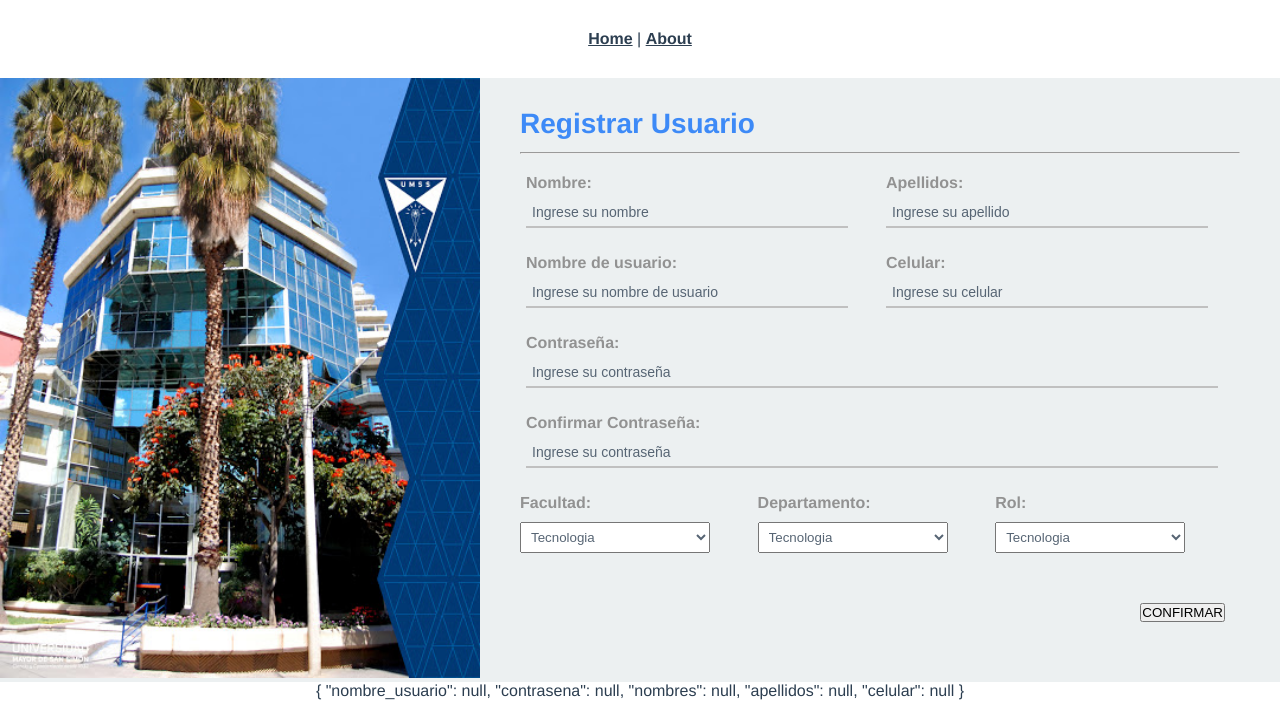
Repository: BritanyTorrico/front-cotizaciones
Page: /register
These files come from the project's save history. The page is drawn as it stood at one moment and after the next save; the edit follows.
The browser window is 1280 px wide. The pictures show the whole page.
The project was rebuilt for these pictures with package versions that can differ from the ones it lists, and the page was loaded fresh each time. Also part of the build but not shown: vue.config.js, src/components/HelloWorld.vue, src/views/Home.vue.

Above is the page before, as saved 2021-04-22 00:32:33.

### src/main.js
import Vue from "vue";
import App from "./App.vue";
import router from "./router";
import store from "./store";
import instance from "@/services/axios";
import Vuelidate from "vuelidate";
Vue.config.productionTip = false;
Vue.prototype.$http = instance;
Vue.use(Vuelidate);
new Vue({
    router,
    store,
    render: (h) => h(App),
}).$mount("#app");

### src/App.vue
<template>
  <div id="app">
    <div id="nav">
      <router-link to="/">Home</router-link> |
      <router-link to="/about">About</router-link>
    </div>
    <router-view />
  </div>
</template>

<style>
* {
  padding: 0;
  margin: 0;
}
:root {
  --color-title: #3d8af7;
  --color-name: #929292;
  --color-line: #c0c0c0;
}
#app {
  font-family: Avenir, Helvetica, Arial, sans-serif;
  -webkit-font-smoothing: antialiased;
  -moz-osx-font-smoothing: grayscale;
  text-align: center;
  color: #2c3e50;
}

#nav {
  padding: 30px;
}

#nav a {
  font-weight: bold;
  color: #2c3e50;
}

#nav a.router-link-exact-active {
  color: #42b983;
}
</style>

### src/router/index.js
import Vue from "vue";
import VueRouter from "vue-router";
import Home from "../views/Home.vue";

Vue.use(VueRouter);

const routes = [{
        path: "/",
        name: "Home",
        component: Home,
    },
    {
        path: "/about",
        name: "About",
        // route level code-splitting
        // this generates a separate chunk (about.[hash].js) for this route
        // which is lazy-loaded when the route is visited.
        component: () =>
            import ( /* webpackChunkName: "about" */ "../views/About.vue"),
    },
    {
        path: "/register",
        name: "RegisterUserPage",
        component: () =>
            import ("../views/RegisterUserPage.vue"),
    },
];

const router = new VueRouter({
    mode: "history",
    base: process.env.BASE_URL,
    routes,
});

export default router;

### src/services/axios.js
import axios from "axios";

const instance = axios.create({
    baseURL: "http://localhost:4000/",
    headers: { "Content-Type": "application/json" },
});

export default instance;

### src/views/RegisterUserPage.vue
<template>
  <div>
    <register-user />
  </div>
</template>

<script>
import RegisterUser from "@/components/User/RegisterUser.vue";
export default {
  components: { RegisterUser },
  name: "RegisterUserPage",
};
</script>

<style lang="scss" scoped></style>

### src/components/User/RegisterUser.vue
<template>
  <div class="container">
    <form @submit.prevent="submitForm">
      <div class="flex-container">
        <div class="form__image">
          <img src="@/assets/edificioUMSS.jpg" alt="" />
        </div>

        <div class="form__datos">
          <div class="form_title">
            <h1>Registrar Usuario</h1>
            <hr class="form__linea" />
          </div>
          <div class="form__section">
            <div class="form__name">
              <label
                ><div class="formulario_label">Nombre:</div>
                <input
                  class="form__input"
                  type="text"
                  placeholder="Ingrese su nombre"
                  required
                  v-model="users.nombres"
                />
              </label>
            </div>
            <div class="form__name">
              <label
                ><div class="formulario_label">Apellidos:</div>
                <input
                  class="form__input"
                  type="text"
                  placeholder="Ingrese su apellido"
                  required
                  v-model="users.apellidos"
                />
              </label>
            </div>
          </div>
          <div class="form__section">
            <div class="form__name">
              <label
                ><div class="formulario_label">Nombre de usuario:</div>
                <input
                  class="form__input"
                  type="text"
                  placeholder="Ingrese su nombre de usuario"
                  v-model="users.nombre_usuario"
                  required
                />
              </label>
            </div>
            <div class="form__name">
              <label
                ><div class="formulario_label">Celular:</div>
                <input
                  class="form__input"
                  type="text"
                  placeholder="Ingrese su celular"
                  v-model="users.celular"
                />
              </label>
            </div>
          </div>
          <div class="form__section2">
            <div class="formulario_label">Contraseña:</div>
            <input
              type="password"
              class="form__input"
              placeholder="Ingrese su contraseña"
              v-model="users.contrasena"
            />
          </div>
          <div class="form__section2">
            <div class="formulario_label">Confirmar Contraseña:</div>
            <input
              type="password"
              class="form__input"
              placeholder="Ingrese su contraseña"
            />
          </div>
          <div class="form__section3">
            <div class="form__section3__item">
              <lista-desplegable nombreLista="Facultad:"></lista-desplegable>
            </div>
            <div class="form__section3__item">
              <lista-desplegable
                nombreLista="Departamento:"
              ></lista-desplegable>
            </div>
            <div class="form__section3__item">
              <lista-desplegable nombreLista="Rol:"></lista-desplegable>
            </div>
          </div>
          <div class="boton">
            <button>CONFIRMAR</button>
          </div>
        </div>
      </div>
      {{ users }}
    </form>
  </div>
</template>

<script>
import ListaDesplegable from "./ListaDesplegable.vue";
import { required, maxLength } from "vuelidate/lib/validators";
export default {
  components: { ListaDesplegable },
  name: "RegisterUser",
  data() {
    return {
      users: {
        nombre_usuario: null,
        contrasena: null,
        nombres: null,
        apellidos: null,
        celular: null,
      },
    };
  },
  validations: {
    nombres: {
      required,
      maxLength: maxLength(30),
    },
  },
  methods: {
    async submitForm() {
      try {
        await this.sendDataUsers();
        console.log("CORRECTO");
      } catch (error) {
        console.log("ERROR");
      }
    },
    async sendDataUsers() {
      try {
        console.log(this.users);
        await this.$http.post("usuario", {
          nombre_usuario: this.nombre_usuario,
          contrasena: this.contrasena,
          nombres: this.nombres,
          apellidos: this.apellidos,
          celular: this.celular,
        });
      } catch (error) {
        throw new Error("ALGO SALIO MAL");
      }
    },
  },
};
</script>

<style lang="css" scoped>
.flex-container {
  display: flex;
  background-color: #ecf0f1;
}
.form__image {
  width: 40%;
}
.form__image img {
  width: 100%;
  height: 600px;
}

.form__datos {
  width: 60%;
  margin-left: 40px;
  margin-right: 40px;
}
.form_title {
  color: var(--color-title);
  text-align: left;
  font-size: 14px;
}
.form_title h1 {
  padding-top: 30px;
  padding-bottom: 12px;
}
.form__linea {
  color: var(--color-title);
}
.form__input {
  width: 100%;
  padding: 6px;
  margin: 6px 6px;
  border: none;
  border-bottom: 2px solid var(--color-line);
  background-color: transparent;
  color: black;
  font-size: 14px;
}

.form__input:focus {
  background: linear-gradient(to bottom, transparent, #ced6e0);
  outline: none;
  border-bottom: 2px solid #747d8c;
}
::placeholder {
  color: #576574;
}
.form__section {
  margin-top: 20px;
  display: flex;
}
.form__section2 {
  margin-top: 20px;
  margin-right: 40px;
}
.form__section3 {
  display: flex;
}
.form__section3__item {
  width: 33%;
}
.formulario_label {
  padding-left: 6px;
  color: var(--color-name);
  text-align: left;
  font-weight: bold;
}
.form__name {
  width: 100%;
  padding-right: 50px;
}
.boton {
  display: flex;
  justify-content: right;
  align-items: right;
  margin: 50px 15px;
}
.boton__input {
  width: 120px;
  height: 35px;
  border-radius: 30px;
  background: blue;
  color: white;
  font-weight: bold;
  border-bottom: none;
  border: none;
}
</style>

### src/components/User/ListaDesplegable.vue
<template>
  <div class="container">
    <div class="container__label">{{ nombreLista }}</div>
    <select class="container__list">
      <option
        xlass="container__list__option"
        v-for="(item, index) in facultad"
        :key="index"
        value="1"
      >
        {{ facultad[index] }}</option
      >
    </select>
  </div>
</template>

<script>
export default {
  name: "ListaDesplegable",
  data() {
    return {
      facultad: ["Tecnologia", "Economia", "Derecho"],
    };
  },
  props: {
    nombreLista: String,
  },
};
</script>

<style lang="css" scoped>
.container {
  text-align: left;
  padding-top: 20px;
}
.container__label {
  color: var(--color-name);
  margin-bottom: 10px;
  font-weight: bold;
}
.container__list {
  width: 80%;
  color: #576574;
  padding: 6px;
}
.container__list__option {
}
</style>

Loaded but not shown: public/index.html (common file); src/store/index.js (common file)

After the next save:
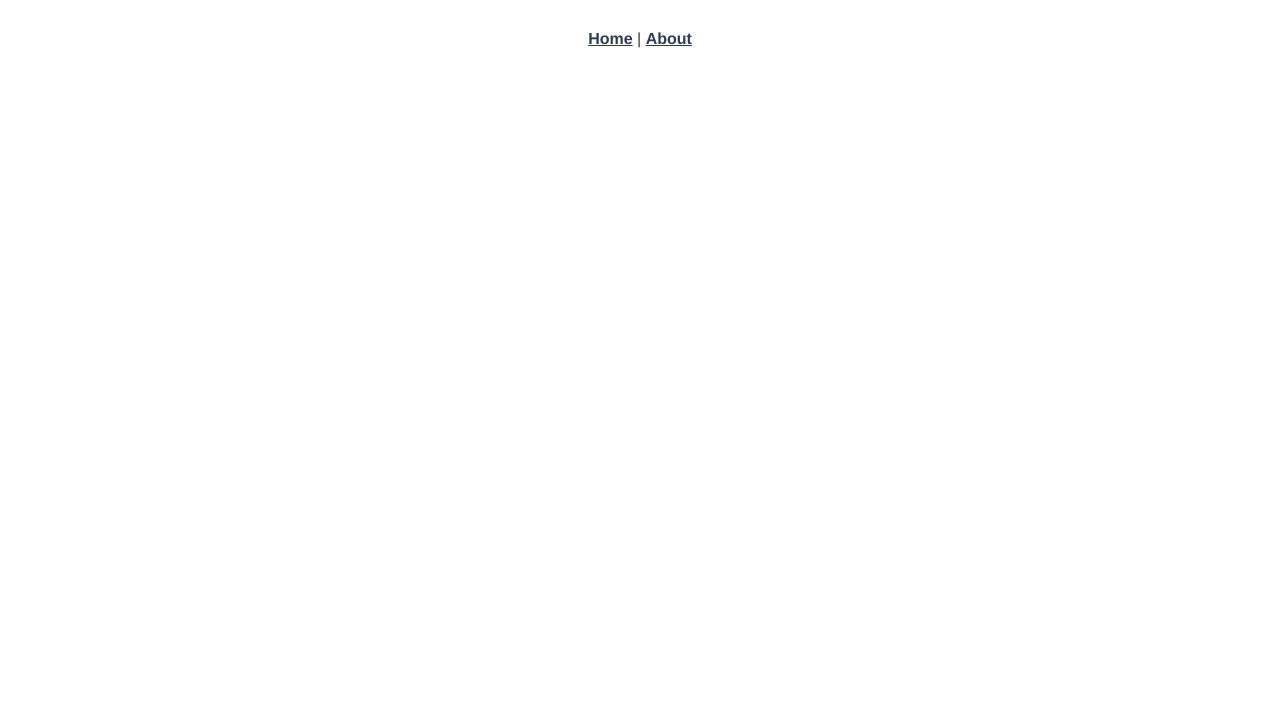
Saved 4 min 0 s later.
--- a/src/components/User/RegisterUser.vue
+++ b/src/components/User/RegisterUser.vue
@@ -16,7 +16,11 @@
               <label
                 ><div class="formulario_label">Nombre:</div>
                 <input
-                  class="form__input"
+                  :class="
+                    $v.users.nombres.$invalid
+                      ? 'form_check-input-error'
+                      : 'form__input'
+                  "
                   type="text"
                   placeholder="Ingrese su nombre"
                   required
@@ -241,4 +245,7 @@
   border-bottom: none;
   border: none;
 }
+.form_check-input-error {
+  border: 1px solid #ed1c24 !important;
+}
 </style>

After the save that followed:
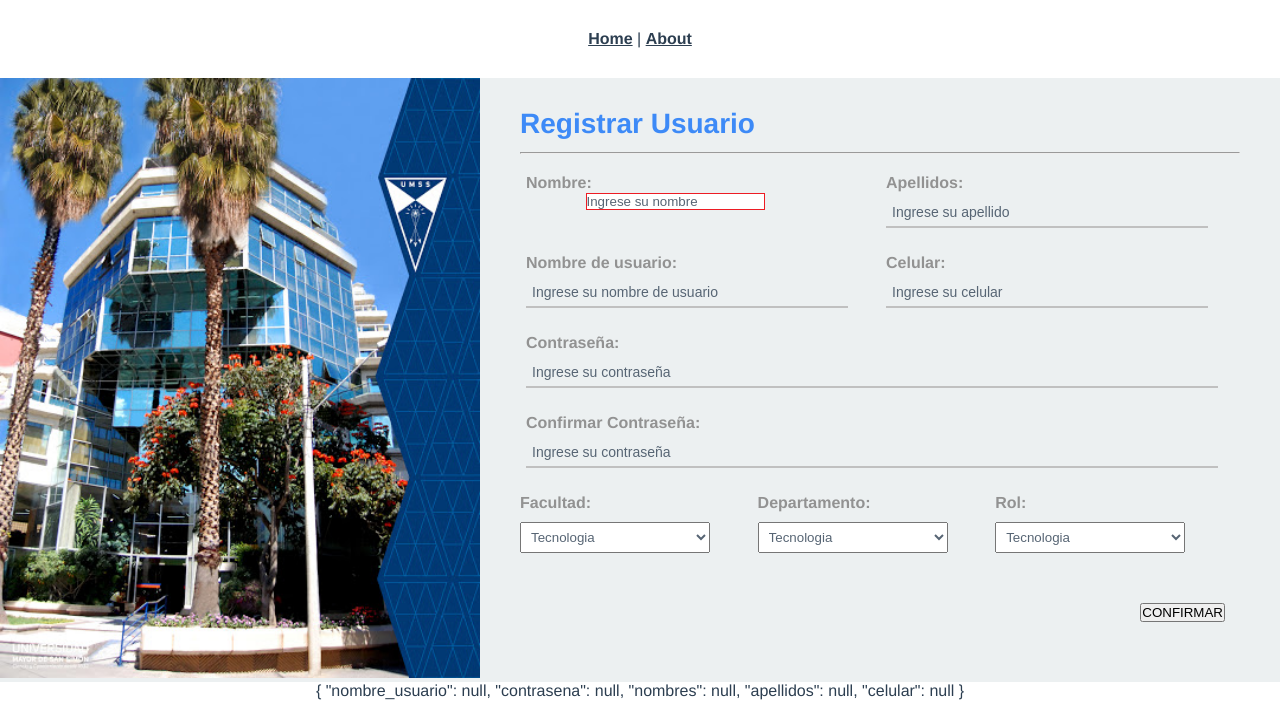
Saved 90 s later.
--- a/src/components/User/RegisterUser.vue
+++ b/src/components/User/RegisterUser.vue
@@ -124,9 +124,11 @@
     };
   },
   validations: {
-    nombres: {
-      required,
-      maxLength: maxLength(30),
+    users: {
+      nombres: {
+        required,
+        maxLength: maxLength(30),
+      },
     },
   },
   methods: {
